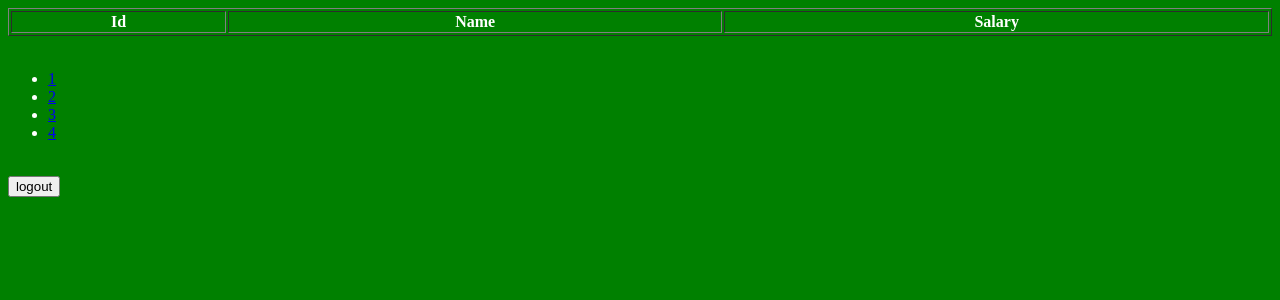
Repository: LSLParvathi/WebApplications
Page: http://localhost/Pagination/Resourses/jsp/first.jsp
These files come from the project's save history. The page is drawn as it stood at one moment and after the next save; the edit follows.
The browser window is 1280 px wide. The pictures show the whole page.
The page is served by Tomcat 9. Queries for data that is not in the repository find no rows.

Above is the page before, as saved 2020-02-15 10:20:21.

After the next save:
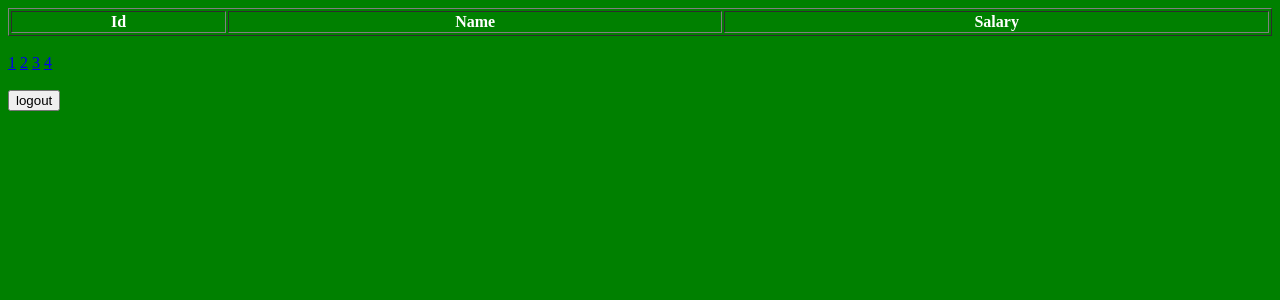
Saved 8 min 44 s later.
--- a/Pagination/WebContent/Resourses/jsp/first.jsp
+++ b/Pagination/WebContent/Resourses/jsp/first.jsp
@@ -53,13 +53,10 @@
 
     </table>
     <br>
-   <ul class="pagination">
-    <li><a href="first.jsp">1</a></li>
-    <li><a href="#">2</a></li>
-    <li><a href="#">3</a></li>
-    <li><a href="#">4</a></li>
-
-  </ul>
+    <a href="first.jsp">1</a>
+    <a href="second.jsp">2</a>
+    <a href="second.jsp">3</a>
+    <a href="second.jsp">4</a><br>
     <br>
     <input type="submit" value="logout">
                </form>
